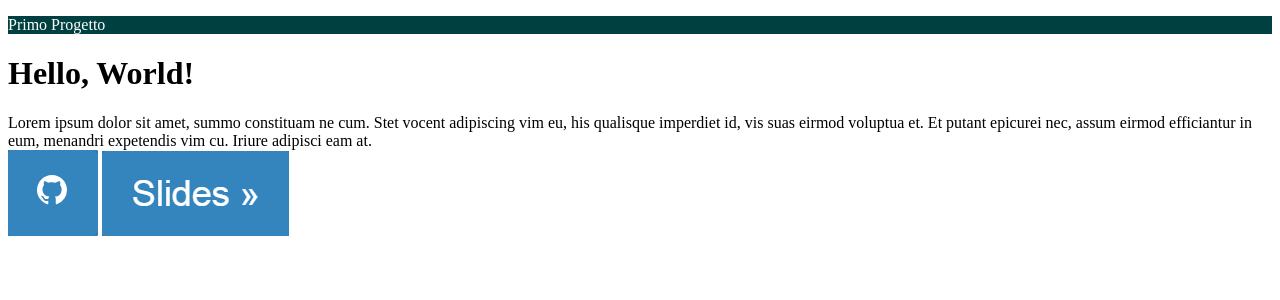
Repository: AndreaGuastaferro/Repository_Andrea_Guastaferro_Front
Page: cartella_html/NUOVO_HTML/ProgettoFinale.html
The author's editor kept a copy of each file at every save. The page is drawn from the files as they stood at one save, then again after the next save.
The browser window is 1280 px wide. The pictures show the whole page.

Above is the page before, as saved 2018-10-22 16:11:39.

### cartella_html/NUOVO_HTML/ProgettoFinale.html
<!DOCTYPE html>
<html>
<head>
<meta charset="ISO-8859-1">
<title>Insert title here</title>
<link rel="stylesheet" type="text/css" href="ProgettoFinale.css">
</head>
<body>
	<header >
	<p id="head"> Primo Progetto</p>
	</header>

	 <div class="Projecthero">
	 	<div class="TextHero">
	 		<h1 class="H1">Hello, World!</h1>
	 		<article class ="articolo">
	 		Lorem ipsum dolor sit amet, summo constituam ne cum.
	 		Stet vocent adipiscing vim eu, his qualisque imperdiet id, vis suas eirmod voluptua et.
	 		Et putant epicurei nec, assum eirmod efficiantur in eum, menandri expetendis vim cu. Iriure adipisci eam at.
	 		</article>
	 		<span class="Span_uno"> <a href="https://it-it.facebook.com"><img alt="Not Found"  src="img/progetto finale_imm1.png"></a></span>
	 		<span class="Span_due"> <a href="http://www.irpinianews.it"><img alt="Not Found"  src="img/progetto finale_imm2.png"></a></span>
	 	</div>
	 </div>
</body>
</html>

### cartella_html/NUOVO_HTML/ProgettoFinale.css
@charset "ISO-8859-1";

body{
	margin 0;
}

header {
	background-color: #004040;
  	height:5%;
}

#head{
color: white;
}

After the next save:
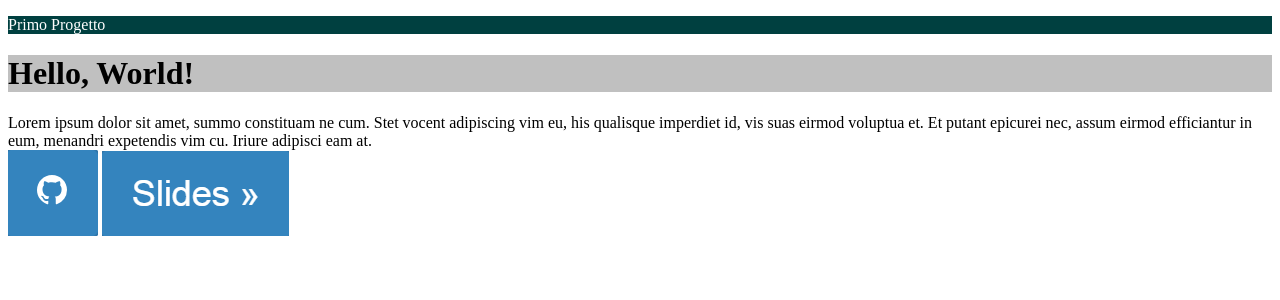
Saved 55 s later.
--- a/cartella_html/NUOVO_HTML/ProgettoFinale.css
+++ b/cartella_html/NUOVO_HTML/ProgettoFinale.css
@@ -12,3 +12,7 @@ header {
 #head{
 color: white;
 }
+
+.H1{
+	background-color: #c0c0c0;
+}
